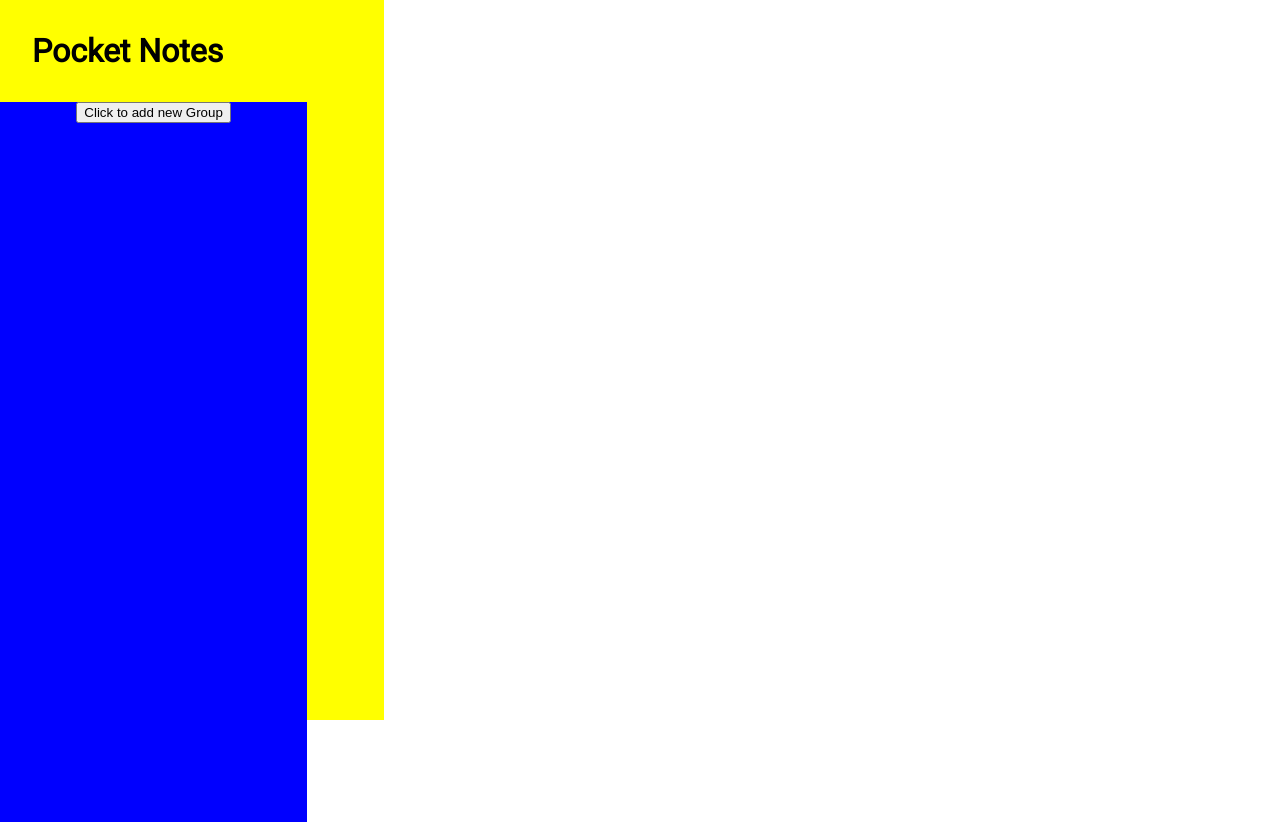
Repository: drumsmanku/react-module-test
Page: /
An editor plug-in stored every save of this project. The page is shown before and after the next save, followed by the edit.
The browser window is 1280 px wide. The pictures show the whole page.
The project was rebuilt for these pictures with package versions that can differ from the ones it lists, and the page was loaded fresh each time. Also part of the build but not shown: src/Components/PopUp.css.

Above is the page before, as saved 2023-06-07 20:08:45.

### src/App.js
import './App.css';
import MainPage from './Components/MainPage';

function App() {
  return (
    <div className="App">
      <MainPage/>
    </div>
  );
}

export default App;

### src/Components/MainPage.js
import React from 'react';
import './MainPage.css';
import PopUp from './PopUp';
import { useEffect, useState } from 'react';

function MainPage() {
  const myGroups=JSON.parse(localStorage.getItem('group'));
  useEffect(()=>{
    console.log(myGroups)
  }, [])
  return (
    <div className='main-container'>
      <div className="first-compartment">
          <h1>Pocket Notes</h1>
          <div className='group-buttons'>
            <PopUp/>


          </div>
      </div>
      <div className="second-comartment">

      </div>
    </div>
  )
}

export default MainPage

### src/Components/MainPage.css
@import url('https://fonts.googleapis.com/css2?family=Roboto&display=swap');
body{
  font-family: 'Roboto';
}

.main-compartment{
  height: 100vh;
  width: 100vw;
}

.first-compartment{
  width: 30%;
  height: 100vh;
  background-color: yellow;
}

.first-compartment h1{
  margin: 0;
  text-align: left;
  padding: 2rem;
}
.group-buttons{
  height: inherit;
  width: 80%;
  background-color: blue;
}

### src/Components/PopUp.js
import React from "react";
import './PopUp.css'
import Popup from "reactjs-popup";
import "reactjs-popup/dist/index.css";
import { useState,useEffect } from "react";

function PopUp() {
  const [input, setInput]=useState("");
  const [group, setGroup] = useState([])
  const handleInputChange=(event)=>{
    setInput(event.target.value);
  }
  const handleButtonClick=()=>{
    setGroup([...group, input]);
    setInput('');
  }
  useEffect(() => {
    localStorage.setItem('group', JSON.stringify(group));
    const storedValue = localStorage.getItem('group');
    console.log(storedValue);
  }, [group]);

  return (
    <div>
      <Popup trigger={<button> Click to add new Group </button>} modal nested>
        {(close) => (
          <div className="modal">
            <div className="content">Welcome to GFG!!!</div>
            <div>
              <button onClick={() => close()}>Close modal</button>
              <input type="text" onChange={handleInputChange} value={input} />
              <button onClick={handleButtonClick}>add</button>
            </div>
          </div>
        )}
      </Popup>
    </div>
  );
}

export default PopUp;

Loaded but not shown: public/index.html (common file); src/index.js (common file); src/index.css (common file); src/App.css (common file)

After the next save:
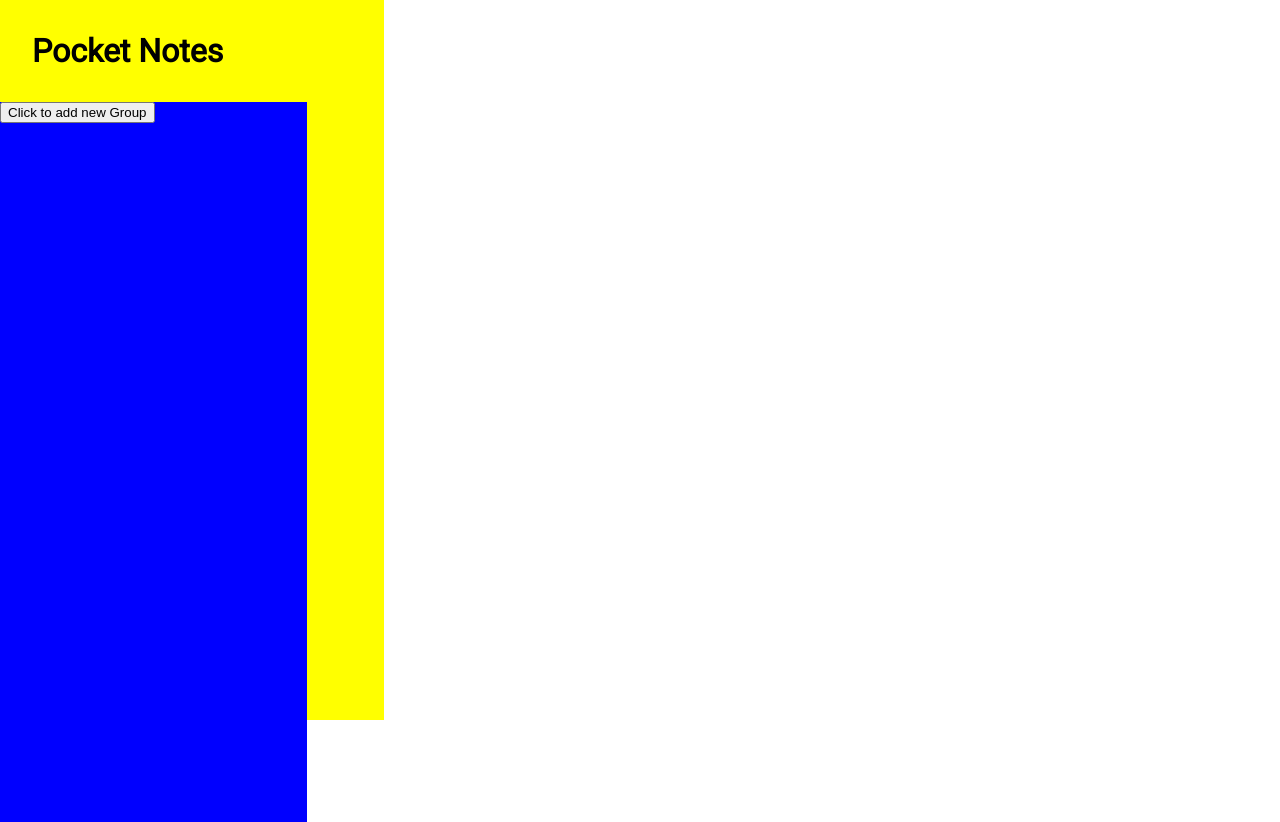
Saved 49 s later.
--- a/src/Components/MainPage.css
+++ b/src/Components/MainPage.css
@@ -23,4 +23,7 @@ body{
   height: inherit;
   width: 80%;
   background-color: blue;
+  display: flex;
+  flex-direction: column;
+  align-items: flex-start;
 }
